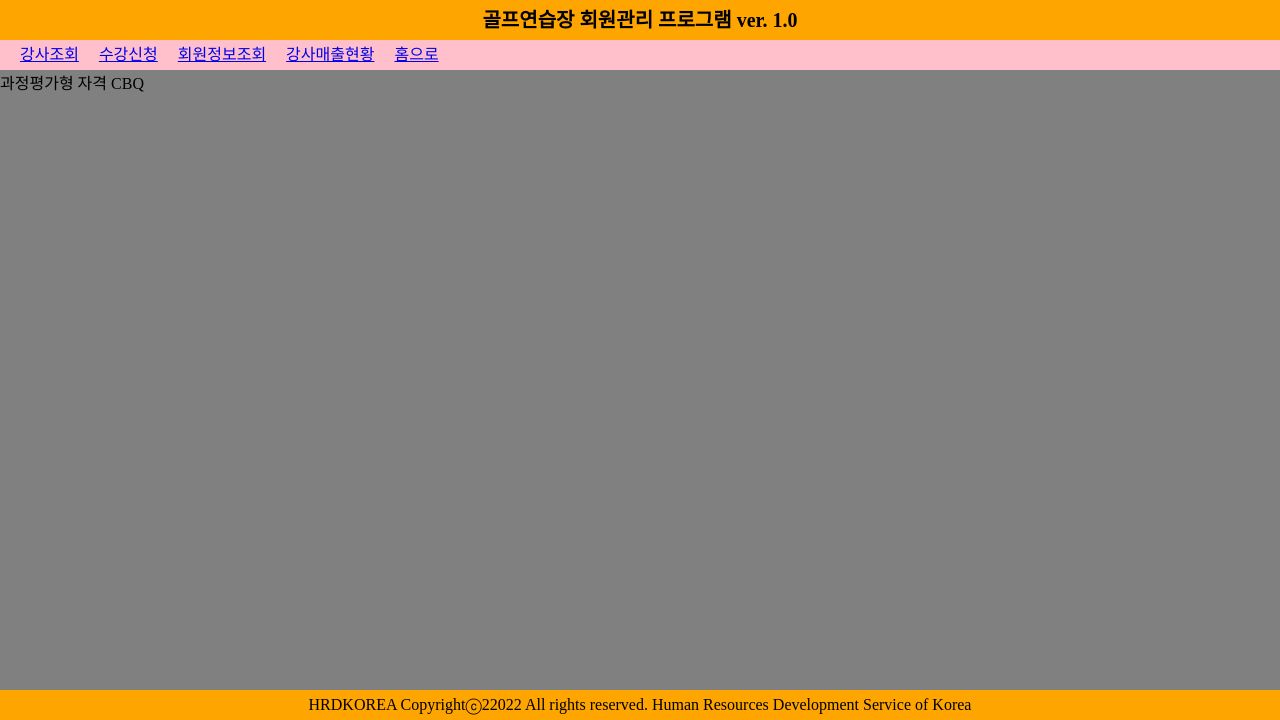
Repository: leesuyeon116/HRD_3
Page: http://localhost/HRD_0505/
An editor plug-in stored every save of this project. The page is shown before and after the next save, followed by the edit.
The browser window is 1280 px wide. The pictures show the whole page.
The page is served by Tomcat 9.

Above is the page before, as saved 2024-05-05 08:30:42.

After the next save:
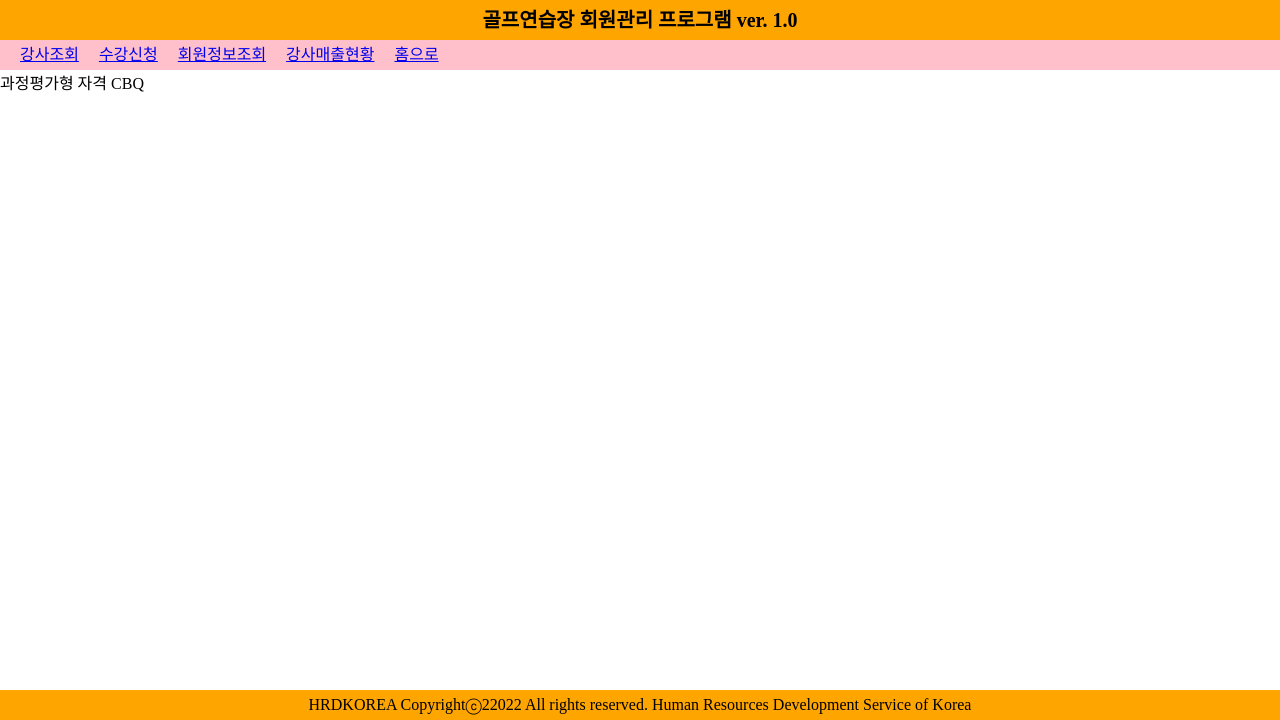
Saved 20 s later.
--- a/workspace/HRD_0505/src/main/webapp/index.jsp
+++ b/workspace/HRD_0505/src/main/webapp/index.jsp
@@ -8,7 +8,7 @@
 </head>
 <body>
 <jsp:include page="header.jsp"></jsp:include>
-<section style="position: fixed; top: 70px; left: 0px; width: 100%; height: 100%; background-color: gray">
+<section style="position: fixed; top: 70px; left: 0px; width: 100%; height: 100%; background-color: lhightgray">
 과정평가형 자격 CBQ
 </section>
 

After the save that followed:
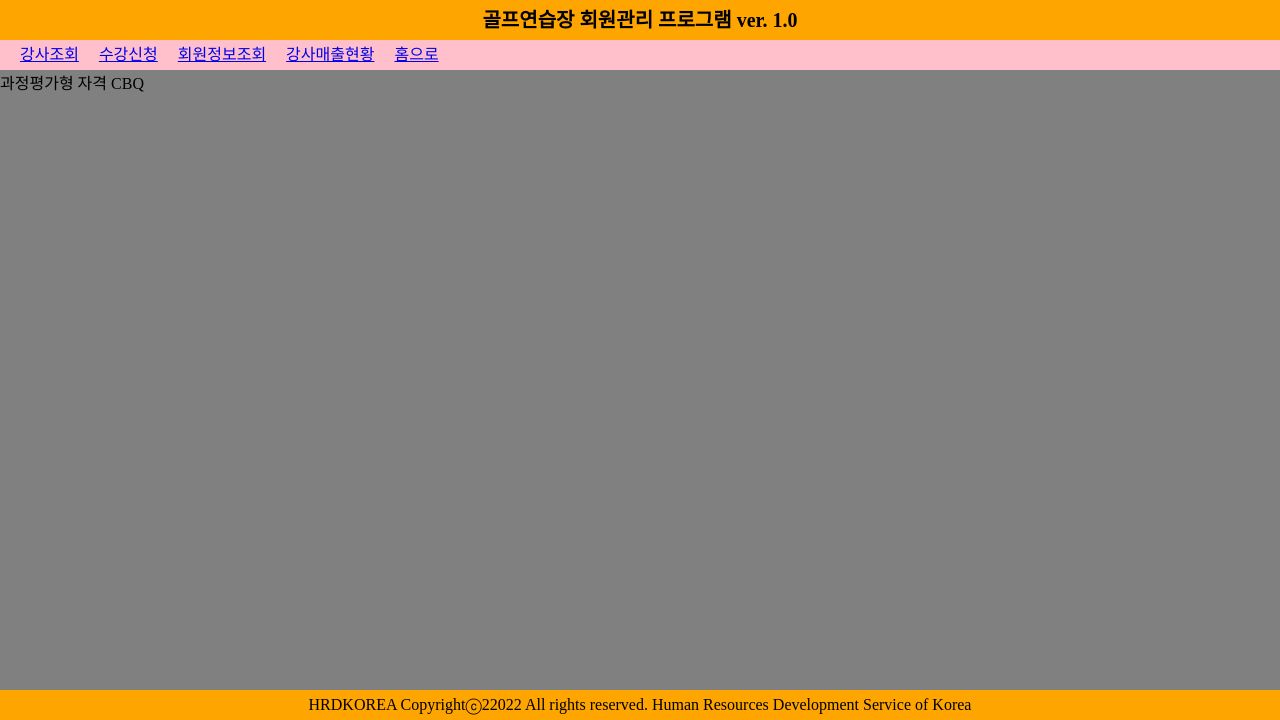
Saved 9 s later.
--- a/workspace/HRD_0505/src/main/webapp/index.jsp
+++ b/workspace/HRD_0505/src/main/webapp/index.jsp
@@ -8,7 +8,7 @@
 </head>
 <body>
 <jsp:include page="header.jsp"></jsp:include>
-<section style="position: fixed; top: 70px; left: 0px; width: 100%; height: 100%; background-color: lhightgray">
+<section style="position: fixed; top: 70px; left: 0px; width: 100%; height: 100%; background-color: gray">
 과정평가형 자격 CBQ
 </section>
 
